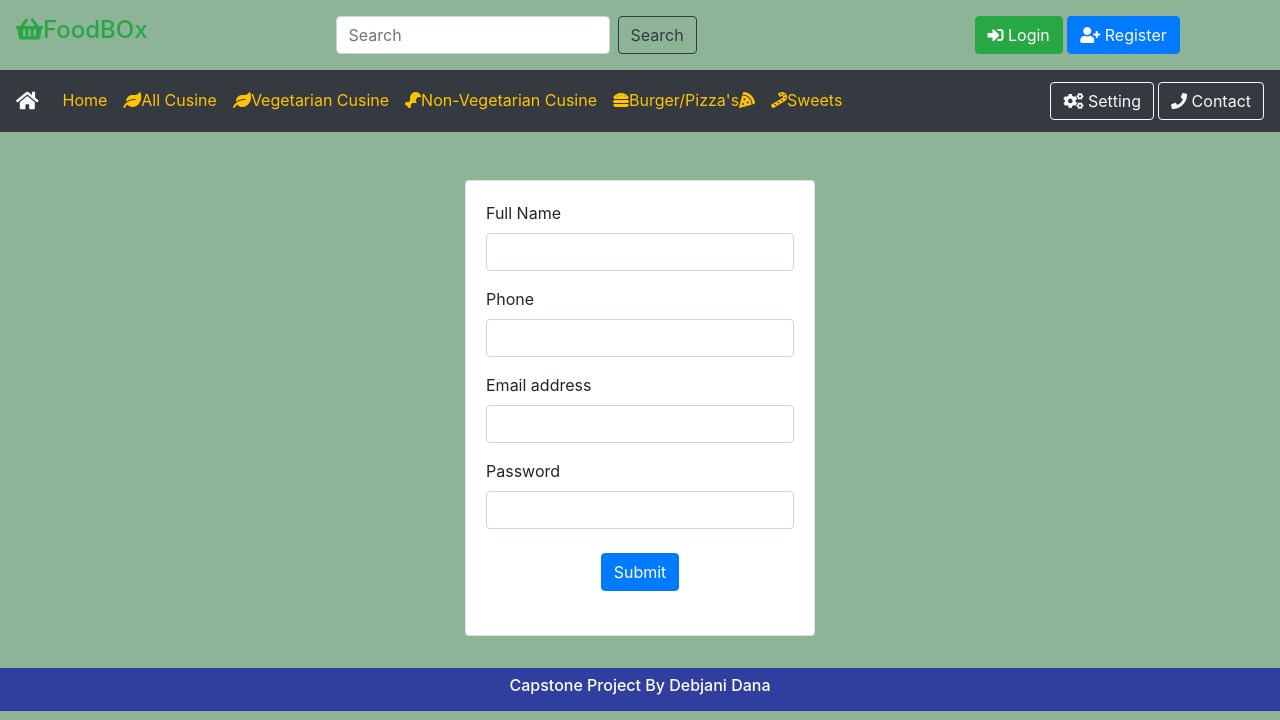
Repository: debjaniprofessional32/Capstone-Final-FoodBox-Delivery-Project
Page: http://localhost/OnlinFoodBOX/Edit_Profile.jsp
The author's editor kept a copy of each file at every save. The page is drawn from the files as they stood at one save, then again after the next save.
The browser window is 1280 px wide. The pictures show the whole page.
Some web libraries are served in a nearby version. The page is served by Tomcat 9.

Above is the page before, as saved 2022-12-23 11:41:26.

After the next save:
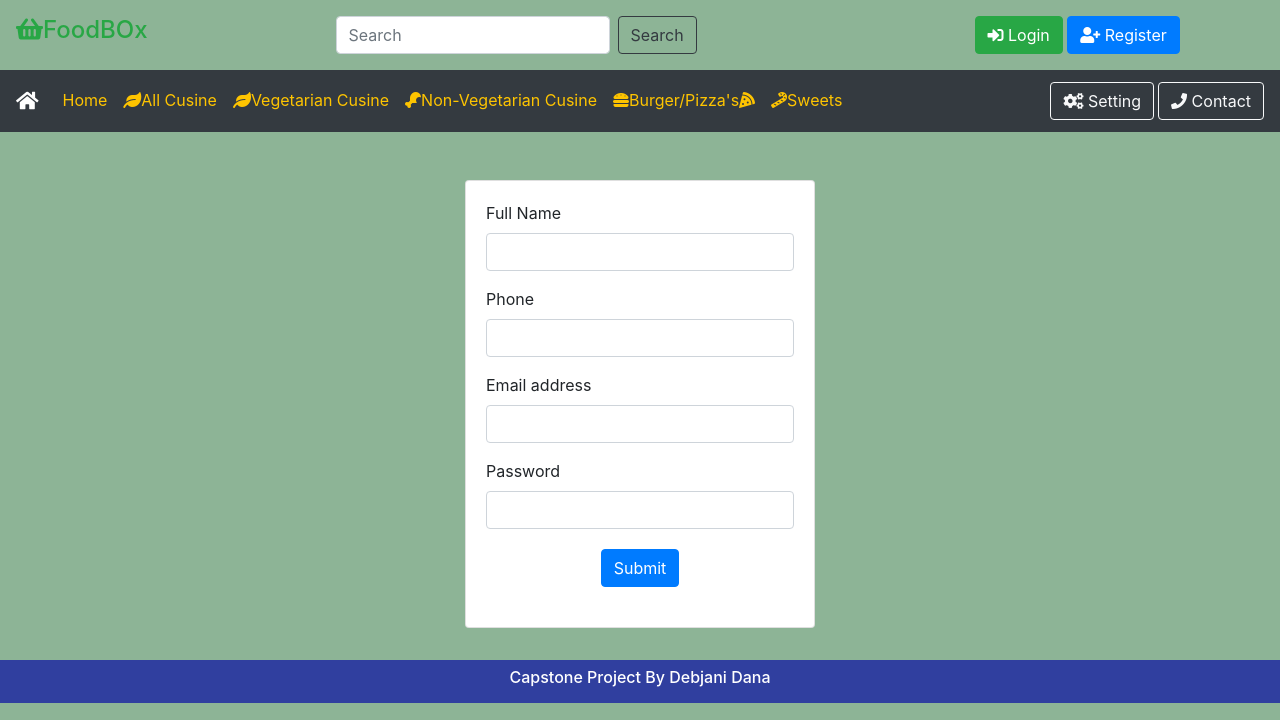
Saved 17 s later.
--- a/OnlinFoodBOX/src/main/webapp/Edit_Profile.jsp
+++ b/OnlinFoodBOX/src/main/webapp/Edit_Profile.jsp
@@ -36,7 +36,7 @@
     <label for="exampleInputPassword1">Password</label>
     <input type="password" class="form-control" id="exampleInputPassword1" name="password" required="required">
   </div>
-<div class="form-group text-center p-2">
+<div class="form-group text-center p-1">
 <button type="submit" class="btn btn-primary">Submit</button>
 
 </div>
